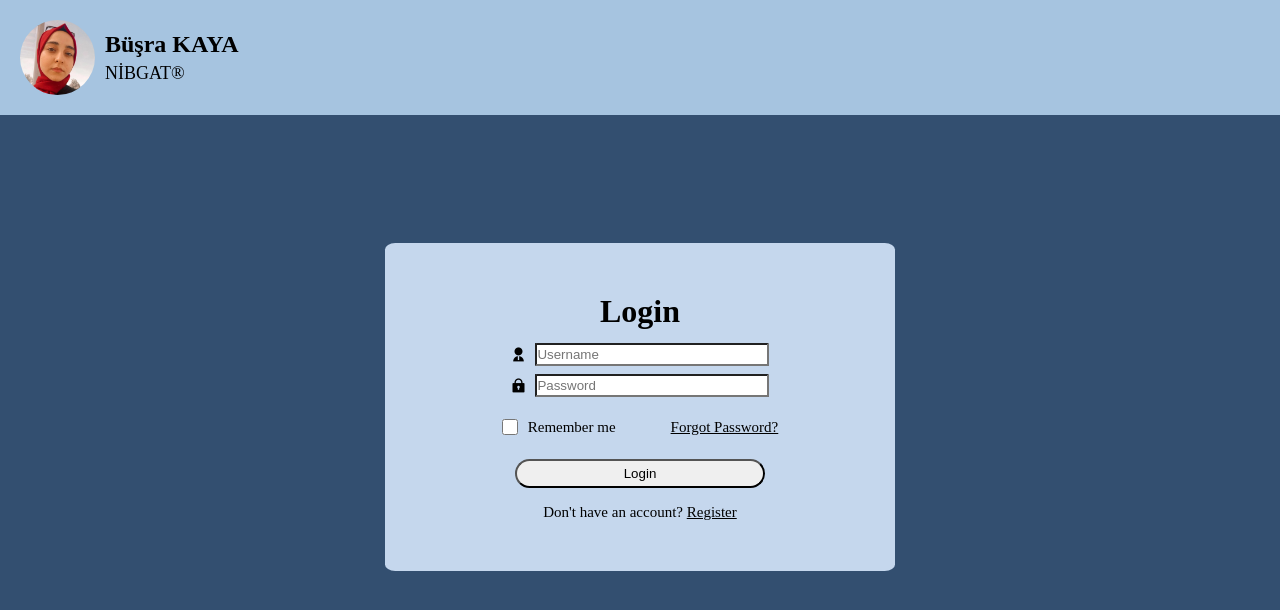
Repository: busra-kayaa/LoginPage
Page: login.html
These files come from the project's save history. The page is drawn as it stood at one moment and after the next save; the edit follows.
The browser window is 1280 px wide. The pictures show the whole page.

Above is the page before, as saved 2024-01-05 18:26:41.

### login.html
<!DOCTYPE html>
<html>
    <head>
        <meta name="author" content="Büşra Kaya"/>
        <title>Login Page</title>
        <link
            rel="stylesheet"
            href="./style.css"
            type="text/css"
        />
        <link
            rel="stylesheet"
            href="https://cdnjs.cloudflare.com/ajax/libs/remixicon/3.5.0/remixicon.css"
            crossorigin=""
        />  <!--Remixicon ikon kitaplığını bağlamak için bir stil dosyasını içerir.-->

    </head>
    <body>
        <div class="header-container">
            <div
                class="header-left-side-container"
            >
                <img
                    src="./busra.jpg"
                    height="75px"
                    width="75px"
                    class="logo"
                />
                <div class="header-desc-container">
                    <span class="header-title">
                        Büşra KAYA
                    </span>
                    <span class="header-content">
                        NİBGAT®
                    </span>
                </div>
            </div>
        </div>
        <div class="login-from-container">
            <div class ="login-text"><h1>Login</h1></div>
            <div class="input-group1">
                <i class="ri-user-2-fill"></i>
                <input
                    type="text"
                    placeholder="Username"
                    class="input-text"
                    autocomplete="off"
                />
            </div>
            <div class="input-group2">
                <i class="ri-lock-2-fill"></i>
                <input
                    type="password"
                    placeholder="Password"
                    class="input-text"
                    autocomplete="off"
                />
            </div>
            <div class="login__check">
                <div class="login__check-box">
                   <input type="checkbox" class="login__check-input" id="user-check">
                   <label for="user-check" class="login__check-label">Remember me</label>
                </div>

                <a href="#" target="_blank" class="login__forgot">Forgot Password?</a>
             </div>

             <button onclick="alert('Başarıyla Giriş Yaptınız.')" type="submit" class="login__button">Login</button>

             <div class="login__register">
                Don't have an account? <a href="#"  target="_blank">Register</a>
             </div>
        </div>
    </body>
</html>

### style.css

* {
    padding: 0;
    margin: 0;
}

body {
    background-color: #334F70;
}

.header-container {
    justify-content: space-between;
    background-color: #A6C4E0;
    flex-direction: row;
    align-items: center;
    padding: 20px;
    display: flex;
    margin-bottom: 10%;
}
.header-left-side-container {
    flex-direction: row;
    align-items: center;
    display: flex;
}

.logo {
    border-radius: 50%;
    margin-right: 10px;
}

.header-desc-container {
    display: flex;
    flex-direction: column;
}

.header-title {
    display: flex;
    flex-direction:column;
    font-weight: bold;
    font-size: 24px;
    margin-bottom: 5px;
}

.header-content {
    font-weight:normal;
    font-size: 18px;
    color:rgb(0, 0, 0);
}

.login-from-container {
    background-color: #C5D7ED;
    display: flex;
    border-radius: 2%;
    flex-direction: column;
    align-items: center;
    text-align: center;
    margin: auto;
    width: 32%;
    padding: 50px;
}

.login-text {
    padding-bottom: 15px;
}

.input-group1 {
    display: grid;
    grid-template-columns: 1fr max-content;
    column-gap: .55rem;
    align-items: center;
    margin-bottom: 3%;
}

.input-group1 i {
    font-size: 100 200 px;
}

.input-group2 {
    display: grid;
    grid-template-columns: 1fr max-content;
    column-gap: .55rem;
    align-items: center;

}

.input-group2 i {
    font-size: 100 200 px;
}
.input-text {
    display: flex;
    flex-direction: column;
    width: 230px;
    height: 100%;
    border-radius: 1%;
}

.login__check,
.login__check-box {
    display: flex;
    justify-content: space-between;
    align-items: center;
}

.login__check {
    font-size: 15px;
    margin-top: 1rem;
    margin-bottom: 1rem;
    gap: 55px;
}

.login__check-box {
    column-gap: 10px;
}

.login__check-input {
    width: 1rem;
    height: 2rem;
}

.login__forgot {
    color: black;
}

.login__forgot:hover {
    text-decoration: underline;
}

.login__button {
    width: 250px;
    padding: 5px;
    margin-bottom: 1rem;
    border-radius: 4rem;
    color: var(--black-color);
    font-weight: 500;
}

.login__button:hover {
    background-color: var(--highlight-color);
    color: var(--white-color);
}

.login__button:hover{
    opacity: 0.75;
    cursor: pointer;
}

.login__button:active{
    transform: translateY(2px);
}

.login__register {
    font-size: 15px;
    text-align: center;
}

.login__register a {
    color: var(--white-color);
    font-weight: 500;
}

.login__register a:hover {
    text-decoration: underline;
}

After the next save:
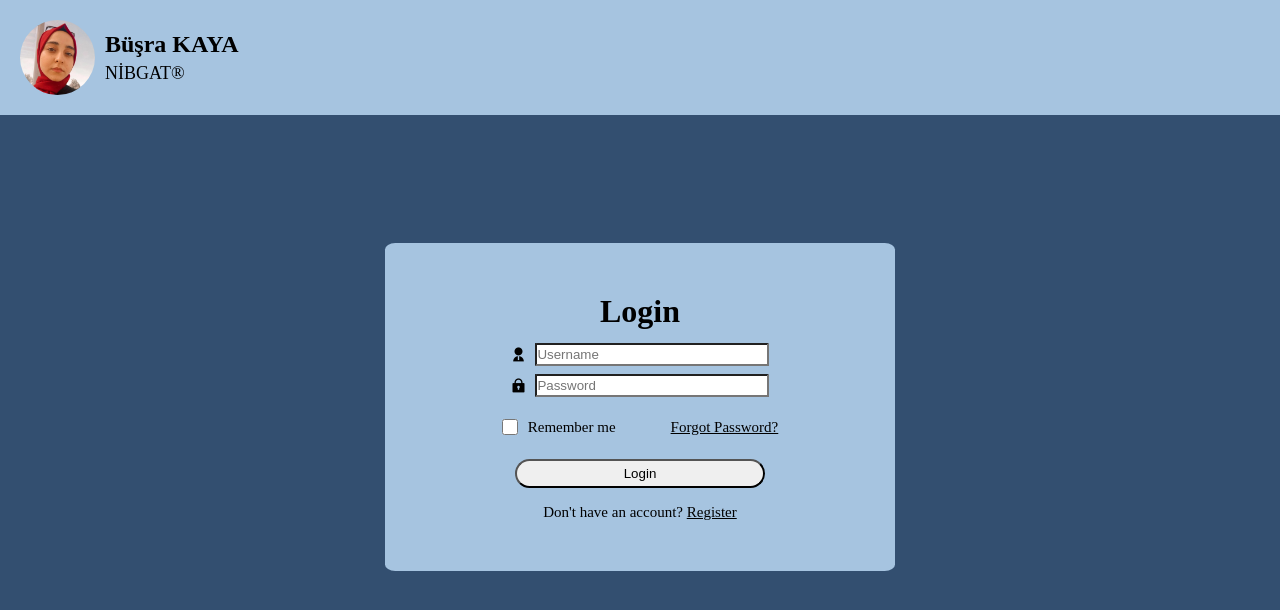
Saved 9 s later.
--- a/style.css
+++ b/style.css
@@ -48,7 +48,7 @@ body {
 }
 
 .login-from-container {
-    background-color: #C5D7ED;
+    background-color: #A6C4E0;
     display: flex;
     border-radius: 2%;
     flex-direction: column;
